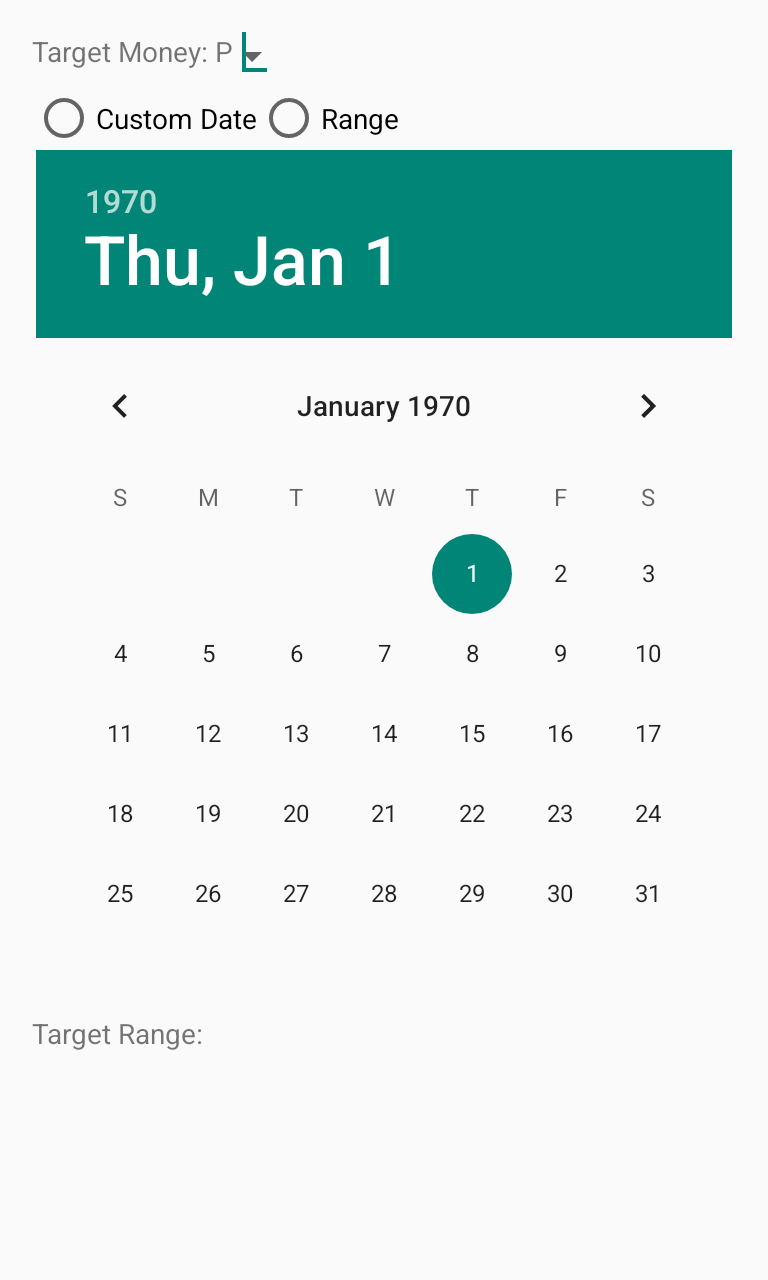
Repository: japheth-starita/SavingsApp
Layout: SavingsApp/res/layout/activity_preferences.xml
The author's editor kept a copy of each file at every save. The layout is drawn from the files as they stood at one save, then again after the next save.
It is drawn on a 768 x 1280 px phone screen (xhdpi) without system bars, with theme AppTheme; the app's code is not run.

Above is the layout before, as saved 2016-01-30 08:56:58.

After the next save:
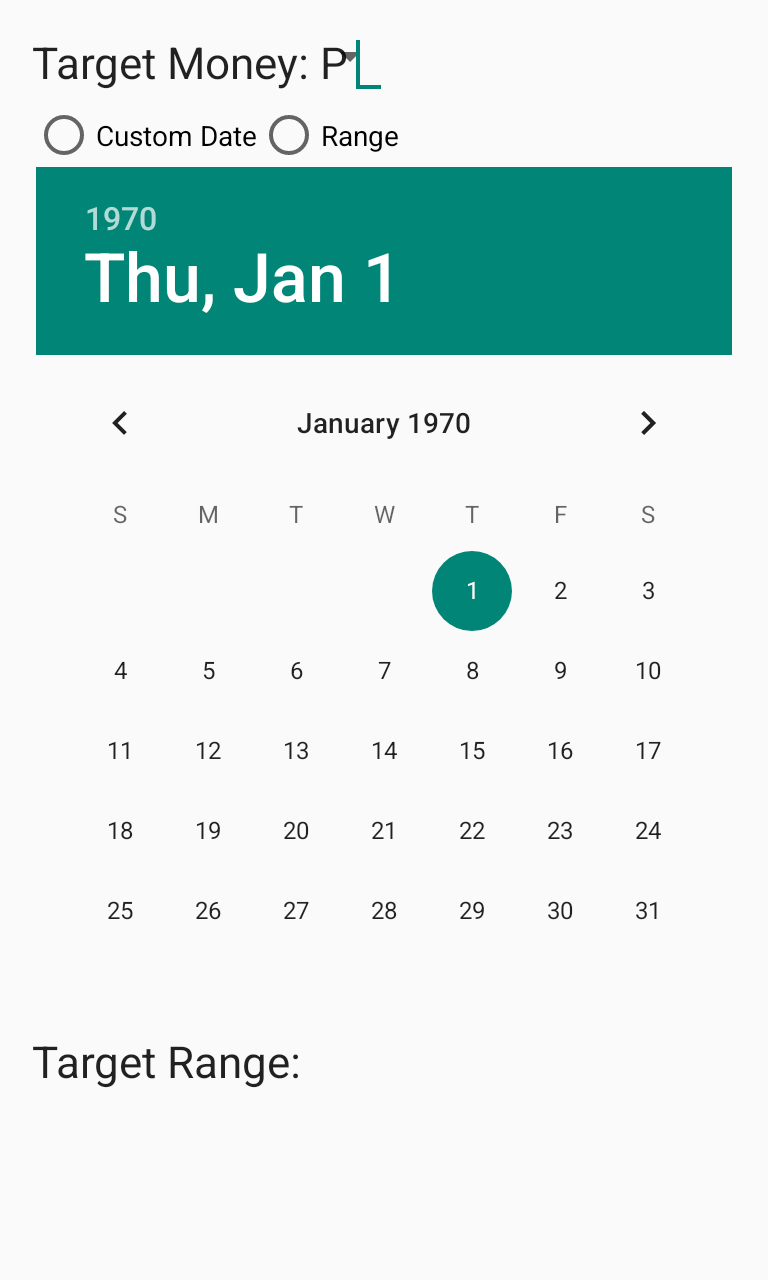
Saved 3 min 9 s later.
--- a/SavingsApp/res/layout/activity_preferences.xml
+++ b/SavingsApp/res/layout/activity_preferences.xml
@@ -12,6 +12,7 @@
         android:id="@+id/lblTargetMoney"
         android:layout_width="wrap_content"
         android:layout_height="wrap_content"
+        android:textAppearance="?android:attr/textAppearanceLarge"
         android:text="Target Money: P" />
 
     <EditText
@@ -56,6 +57,7 @@
         android:layout_width="wrap_content"
         android:layout_height="wrap_content"
         android:layout_below="@+id/dptargetDate"
+        android:textAppearance="?android:attr/textAppearanceLarge"
         android:text="Target Range:" />
 
     <Spinner
